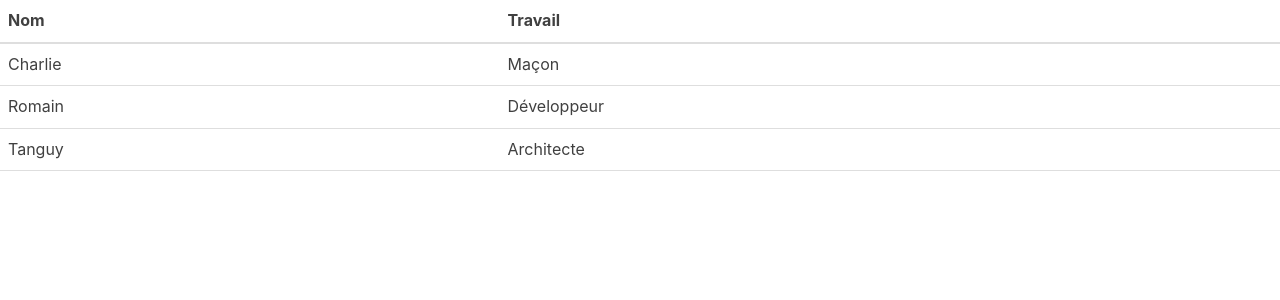
Repository: romgrm/firstAppInReact
Page: /
An editor plug-in stored every save of this project. The page is shown before and after the next save, followed by the edit.
The browser window is 1280 px wide. The pictures show the whole page.
The project was rebuilt for these pictures with package versions that can differ from the ones it lists, and the page was loaded fresh each time.

Above is the page before, as saved 2020-11-15 19:01:38.

### public/index.html
<!DOCTYPE html>
<html lang="en">
  <head>
    <meta charset="utf-8" />
    <meta name="viewport" content="width=device-width, initial-scale=1, shrink-to-fit=no" />
    <title>React App</title>
  </head>
  <body>
    <noscript>
    </noscript>
    <div id="root"></div>
  </body>
</html>

### src/App.js
import React, { Component } from 'react';
import Table from './Table'

class App extends Component {
    render() {

        const personnages = [
            {
                nom : 'Charlie',
                travail : 'Maçon',
            },
            {
                nom : 'Romain',
                travail : 'Développeur'
            },
            {
                nom : 'Tanguy',
                travail : 'Architecte'
            }
        ]
      return (
        <div className="Container">
          <Table zeubi={personnages}/>
        </div>
      )
    }
  }

  export default App

### src/index.css
/*!
 * Primitive UI | MIT License
 *
 * A minimalist front-end design toolkit built with Sass for developing
 * responsive, browser-consistent web apps.
 *
 * Author: Tania Rascia <hello@taniarascia.com>
 * Source: https://github.com/taniarascia/primitive
 * Documentation: https://taniarascia.github.io/primitive
 */
/**
 * Variables
 *
 * The majority of the configuration for the toolkit.
 */
/*! normalize.css v8.0.1 | MIT License | github.com/necolas/normalize.css */
/* Document
   ========================================================================== */
/**
 * 1. Correct the line height in all browsers.
 * 2. Prevent adjustments of font size after orientation changes in iOS.
 */
 html {
  line-height: 1.15;
  /* 1 */
  -webkit-text-size-adjust: 100%;
  /* 2 */
}

/* Sections
   ========================================================================== */
/**
 * Remove the margin in all browsers.
 */
body {
  margin: 0;
}

/**
 * Render the `main` element consistently in IE.
 */
main {
  display: block;
}

/**
 * Correct the font size and margin on `h1` elements within `section` and
 * `article` contexts in Chrome, Firefox, and Safari.
 */
h1 {
  font-size: 2em;
  margin: 0.67em 0;
}

/* Grouping content
   ========================================================================== */
/**
 * 1. Add the correct box sizing in Firefox.
 * 2. Show the overflow in Edge and IE.
 */
hr {
  box-sizing: content-box;
  /* 1 */
  height: 0;
  /* 1 */
  overflow: visible;
  /* 2 */
}

/**
 * 1. Correct the inheritance and scaling of font size in all browsers.
 * 2. Correct the odd `em` font sizing in all browsers.
 */
pre {
  font-family: monospace, monospace;
  /* 1 */
  font-size: 1em;
  /* 2 */
}

/* Text-level semantics
   ========================================================================== */
/**
 * Remove the gray background on active links in IE 10.
 */
a {
  background-color: transparent;
}

/**
 * 1. Remove the bottom border in Chrome 57-
 * 2. Add the correct text decoration in Chrome, Edge, IE, Opera, and Safari.
 */
abbr[title] {
  border-bottom: none;
  /* 1 */
  text-decoration: underline;
  /* 2 */
  text-decoration: underline dotted;
  /* 2 */
}

/**
 * Add the correct font weight in Chrome, Edge, and Safari.
 */
b,
strong {
  font-weight: bolder;
}

/**
 * 1. Correct the inheritance and scaling of font size in all browsers.
 * 2. Correct the odd `em` font sizing in all browsers.
 */
code,
kbd,
samp {
  font-family: monospace, monospace;
  /* 1 */
  font-size: 1em;
  /* 2 */
}

/**
 * Add the correct font size in all browsers.
 */
small {
  font-size: 80%;
}

/**
 * Prevent `sub` and `sup` elements from affecting the line height in
 * all browsers.
 */
sub,
sup {
  font-size: 75%;
  line-height: 0;
  position: relative;
  vertical-align: baseline;
}

sub {
  bottom: -0.25em;
}

sup {
  top: -0.5em;
}

/* Embedded content
   ========================================================================== */
/**
 * Remove the border on images inside links in IE 10.
 */
img {
  border-style: none;
}

/* Forms
   ========================================================================== */
/**
 * 1. Change the font styles in all browsers.
 * 2. Remove the margin in Firefox and Safari.
 */
button,
input,
optgroup,
select,
textarea {
  font-family: inherit;
  /* 1 */
  font-size: 100%;
  /* 1 */
  line-height: 1.15;
  /* 1 */
  margin: 0;
  /* 2 */
}

/**
 * Show the overflow in IE.
 * 1. Show the overflow in Edge.
 */
button,
input {
  /* 1 */
  overflow: visible;
}

/**
 * Remove the inheritance of text transform in Edge, Firefox, and IE.
 * 1. Remove the inheritance of text transform in Firefox.
 */
button,
select {
  /* 1 */
  text-transform: none;
}

/**
 * Correct the inability to style clickable types in iOS and Safari.
 */
button,
[type='button'],
[type='reset'],
[type='submit'] {
  -webkit-appearance: button;
}

/**
 * Remove the inner border and padding in Firefox.
 */
button::-moz-focus-inner,
[type='button']::-moz-focus-inner,
[type='reset']::-moz-focus-inner,
[type='submit']::-moz-focus-inner {
  border-style: none;
  padding: 0;
}

/**
 * Restore the focus styles unset by the previous rule.
 */
button:-moz-focusring,
[type='button']:-moz-focusring,
[type='reset']:-moz-focusring,
[type='submit']:-moz-focusring {
  outline: 1px dotted ButtonText;
}

/**
 * Correct the padding in Firefox.
 */
fieldset {
  padding: 0.35em 0.75em 0.625em;
}

/**
 * 1. Correct the text wrapping in Edge and IE.
 * 2. Correct the color inheritance from `fieldset` elements in IE.
 * 3. Remove the padding so developers are not caught out when they zero out
 *    `fieldset` elements in all browsers.
 */
legend {
  box-sizing: border-box;
  /* 1 */
  color: inherit;
  /* 2 */
  display: table;
  /* 1 */
  max-width: 100%;
  /* 1 */
  padding: 0;
  /* 3 */
  white-space: normal;
  /* 1 */
}

/**
 * Add the correct vertical alignment in Chrome, Firefox, and Opera.
 */
progress {
  vertical-align: baseline;
}

/**
 * Remove the default vertical scrollbar in IE 10+.
 */
textarea {
  overflow: auto;
}

/**
 * 1. Add the correct box sizing in IE 10.
 * 2. Remove the padding in IE 10.
 */
[type='checkbox'],
[type='radio'] {
  box-sizing: border-box;
  /* 1 */
  padding: 0;
  /* 2 */
}

/**
 * Correct the cursor style of increment and decrement buttons in Chrome.
 */
[type='number']::-webkit-inner-spin-button,
[type='number']::-webkit-outer-spin-button {
  height: auto;
}

/**
 * 1. Correct the odd appearance in Chrome and Safari.
 * 2. Correct the outline style in Safari.
 */
[type='search'] {
  -webkit-appearance: textfield;
  /* 1 */
  outline-offset: -2px;
  /* 2 */
}

/**
 * Remove the inner padding in Chrome and Safari on macOS.
 */
[type='search']::-webkit-search-decoration {
  -webkit-appearance: none;
}

/**
 * 1. Correct the inability to style clickable types in iOS and Safari.
 * 2. Change font properties to `inherit` in Safari.
 */
::-webkit-file-upload-button {
  -webkit-appearance: button;
  /* 1 */
  font: inherit;
  /* 2 */
}

/* Interactive
   ========================================================================== */
/*
 * Add the correct display in Edge, IE 10+, and Firefox.
 */
details {
  display: block;
}

/*
 * Add the correct display in all browsers.
 */
summary {
  display: list-item;
}

/* Misc
   ========================================================================== */
/**
 * Add the correct display in IE 10+.
 */
template {
  display: none;
}

/**
 * Add the correct display in IE 10.
 */
[hidden] {
  display: none;
}

html {
  box-sizing: border-box;
}

*,
*::before,
*::after {
  box-sizing: inherit;
}

figure {
  margin: 0;
}

/**
 * Scaffolding
 */
html {
  -webkit-font-smoothing: antialiased;
  -moz-osx-font-smoothing: grayscale;
  font: normal normal normal 1rem/1.6 -apple-system, BlinkMacSystemFont, Helvetica Neue, Helvetica, Arial, sans-serif;
  font-size: 1rem;
}

body {
  color: #404040;
  background: white;
  font-size: 1rem;
}

p,
ol,
ul,
dl,
table {
  margin: 0 0 1.5rem 0;
}

ul li ul {
  margin-bottom: 0;
}

ol li ol {
  margin-bottom: 0;
}

h1,
h2,
h3,
h4,
h5 {
  margin: 1.5rem 0;
  font-weight: 600;
  font-family: -apple-system, BlinkMacSystemFont, Helvetica Neue, Helvetica, Arial, sans-serif;
  line-height: 1.2;
  color: #404040;
}

h1:not(:first-child),
h2:not(:first-child),
h3:not(:first-child),
h4:not(:first-child),
h5:not(:first-child) {
  margin: 1.5rem 0;
}

h1:not(:first-child),
h2:not(:first-child),
h3:not(:first-child) {
  margin-top: 2rem;
}

h1 {
  font-size: 1.75rem;
}

h2 {
  font-size: 1.5rem;
}

h3 {
  font-size: 1.25rem;
}

h4 {
  font-size: 1.1rem;
}

h5 {
  font-size: 1rem;
}

@media (min-width: 600px) {
  h1:not(:first-child),
  h2:not(:first-child),
  h3:not(:first-child) {
    margin-top: 2.5rem;
  }
  h1 {
    font-size: 2.25rem;
  }
  h2 {
    font-size: 2rem;
  }
  h3 {
    font-size: 1.75rem;
  }
  h4 {
    font-size: 1.5rem;
  }
  h5 {
    font-size: 1.25rem;
  }
}

a {
  color: #0366ee;
  text-decoration: none;
}

a:hover, a:active, a:focus {
  color: #0246a2;
  text-decoration: underline;
}

mark {
  background: #ffeea8;
  padding: 0 0.2rem;
}

blockquote {
  margin: 0 0 1.5rem 0;
  border-left: 16px solid #f0f0f0;
  padding: 0 1.5rem;
  font-size: 1.5rem;
}

blockquote cite {
  display: block;
  margin-top: 1.5rem;
  font-size: 1rem;
  text-align: right;
}

pre {
  border: 0;
  border-radius: 4px;
  background: transparent;
  padding: 1rem;
  tab-size: 2;
  color: #404040;
  font-family: Menlo, monospace;
  font-size: 14px;
  margin: 0 0 1.5rem 0;
}

pre code {
  font-family: Menlo, monospace;
  line-height: 1.2;
}

kbd {
  background-color: #f7f7f7;
  border: 1px solid #ccc;
  border-radius: 3px;
  box-shadow: 0 1px 0 rgba(0, 0, 0, 0.2), 0 0 0 2px #fff inset;
  color: #333;
  display: inline-block;
  font-family: Helvetica, Arial, sans-serif;
  font-size: 13px;
  line-height: 1.4;
  margin: 0 0.1em;
  padding: 0.1em 0.6em;
  text-shadow: 0 1px 0 #fff;
}

:not(pre) > code {
  color: #404040;
  background: transparent;
  font-family: Menlo, monospace;
  font-size: 14px;
  padding: 0 0.2rem;
  border: 1px solid #dedede;
  border-radius: 4px;
}

hr {
  height: 0;
  border: 0;
  border-top: 1px solid #dedede;
}

dt {
  font-weight: 600;
}

dd {
  margin-bottom: 0.5rem;
}

.full-container {
  max-width: 100%;
  padding: 0 1rem;
}

.container, .small-container, .medium-container {
  max-width: 1200px;
  padding: 0 1rem;
  margin-left: auto;
  margin-right: auto;
}

.small-container {
  max-width: 800px;
}

.medium-container {
  max-width: 1000px;
}

.content-section {
  padding: 30px 0;
}

@media (min-width: 600px) {
  .content-section {
    padding: 60px 0;
  }
}

/**
 * Grid
 */
.flex-small,
.flex-large {
  padding-left: 1rem;
  padding-right: 1rem;
}

.flex-row {
  margin-left: -1rem;
  margin-right: -1rem;
}

.flex-row {
  display: flex;
  flex-direction: row;
  flex-wrap: wrap;
}

.flex-small,
.flex-large {
  flex-basis: 100%;
  margin-bottom: 1rem;
}

/* Small screen breakpoint */
@media (min-width: 600px) {
  .flex-small {
    flex: 1;
    margin-bottom: 0;
  }
  .flex-small.half {
    flex: 0 0 calc(1 / 2 * 100%);
  }
  .flex-small.one-fourth {
    flex: 0 0 calc(1 / 4 * 100%);
  }
  .flex-small.three-fourths {
    flex: 0 0 calc(3 / 4 * 100%);
  }
  .flex-small.one-third {
    flex: 0 0 calc(1 / 3 * 100%);
  }
  .flex-small.two-thirds {
    flex: 0 0 calc(2 / 3 * 100%);
  }
}

/* Large screen breakpoint */
@media (min-width: 1000px) {
  .flex-large {
    flex: 1;
    margin-bottom: 0;
  }
  .flex-large.half {
    flex: 0 0 calc(1 / 2 * 100%);
  }
  .flex-large.one-fourth {
    flex: 0 0 calc(1 / 4 * 100%);
  }
  .flex-large.three-fourths {
    flex: 0 0 calc(3 / 4 * 100%);
  }
  .flex-large.one-third {
    flex: 0 0 calc(1 / 3 * 100%);
  }
  .flex-large.two-thirds {
    flex: 0 0 calc(2 / 3 * 100%);
  }
}

/**
 * Helpers
 */
.clearfix::before,
.clearfix::after {
  content: ' ';
  display: block;
}

.clearfix:after {
  clear: both;
}

.text-left {
  text-align: left;
}

.text-right {
  text-align: right;
}

.text-center {
  text-align: center;
}

.text-justify {
  text-align: justify;
}

.block {
  display: block;
}

.inline-block {
  display: inline-block;
}

.inline {
  display: inline;
}

.vertical-center {
  display: flex;
  align-items: center;
  justify-content: center;
}

.responsive-image {
  max-width: 100%;
  height: auto;
}

.show {
  display: block !important;
}

.hide {
  display: none !important;
}

.invisible {
  visibility: hidden;
}

.no-padding-top {
  padding-top: 0;
}

.no-padding-bottom {
  padding-bottom: 0;
}

.padding-top {
  padding-top: 2rem;
}

.padding-bottom {
  padding-bottom: 2rem;
}

.no-margin-top {
  margin-top: 0;
}

.no-margin-bottom {
  margin-bottom: 0;
}

.margin-top {
  margin-top: 2rem;
}

.margin-bottom {
  margin-bottom: 2rem;
}

.alternate-background {
  background: #fafafa;
  color: #404040;
}

.space-between {
  justify-content: space-between;
}

.justify-center {
  justify-content: center;
}

.align-center {
  align-items: center;
}

.screen-reader-text {
  clip: rect(1px, 1px, 1px, 1px);
  position: absolute !important;
  height: 1px;
  width: 1px;
  overflow: hidden;
}

/**
 * Buttons
 */
.button, a.button, button, [type=submit], [type=reset], [type=button] {
  -webkit-appearance: none;
  display: inline-block;
  border: 1px solid #0366ee;
  border-radius: 4px;
  background: #0366ee;
  color: #ffffff;
  font-weight: 600;
  font-family: -apple-system, BlinkMacSystemFont, Helvetica Neue, Helvetica, Arial, sans-serif;
  font-size: 1rem;
  text-transform: none;
  padding: 0.75rem 1.25rem;
  margin: 0 0 0.5rem 0;
  vertical-align: middle;
  text-align: center;
  cursor: pointer;
  text-decoration: none;
  line-height: 1;
}

.button:hover, a.button:hover, button:hover, [type=submit]:hover, [type=reset]:hover, [type=button]:hover {
  border: 1px solid #0250bc;
  background: #0250bc;
  color: #ffffff;
  text-decoration: none;
}

.button:focus, .button:active, a.button:focus, a.button:active, button:focus, button:active, [type=submit]:focus, [type=submit]:active, [type=reset]:focus, [type=reset]:active, [type=button]:focus, [type=button]:active {
  border: 1px solid #0250bc;
  background: #0250bc;
  color: #ffffff;
  text-decoration: none;
}

.button::-moz-focus-inner, a.button::-moz-focus-inner, button::-moz-focus-inner, [type=submit]::-moz-focus-inner, [type=reset]::-moz-focus-inner, [type=button]::-moz-focus-inner {
  border: 0;
  padding: 0;
}

.accent-button,
a.accent-button {
  color: #ffffff;
  border: 1px solid #29de7d;
  background: #29de7d;
}

.accent-button:hover, .accent-button:focus, .accent-button:active,
a.accent-button:hover,
a.accent-button:focus,
a.accent-button:active {
  color: #ffffff;
  border: 1px solid #1cb864;
  background: #1cb864;
}

.muted-button,
a.muted-button {
  background: transparent;
  border: 1px solid #cdcdcd;
  color: #4e4e4e;
}

.muted-button:hover, .muted-button:focus, .muted-button:active,
a.muted-button:hover,
a.muted-button:focus,
a.muted-button:active {
  color: #4e4e4e;
  border: 1px solid #818181;
  background: transparent;
}

.round-button,
a.round-button {
  border-radius: 40px;
}

.square-button,
a.square-button {
  border-radius: 0;
}

.full-button,
a.full-button {
  display: block;
  width: 100%;
}

/**
 * Forms
 */
[type=color], [type=date], [type=datetime], [type=datetime-local], [type=email], [type=month], [type=number], [type=password], [type=search], [type=tel], [type=text], [type=url], [type=week], [type=time], select, textarea {
  display: block;
  border: 1px solid #dedede;
  border-radius: 4px;
  padding: 0.75rem;
  outline: none;
  background: transparent;
  margin-bottom: 0.5rem;
  font-size: 1rem;
  width: 100%;
  max-width: 100%;
  line-height: 1;
}

[type=color]:hover, [type=date]:hover, [type=datetime]:hover, [type=datetime-local]:hover, [type=email]:hover, [type=month]:hover, [type=number]:hover, [type=password]:hover, [type=search]:hover, [type=tel]:hover, [type=text]:hover, [type=url]:hover, [type=week]:hover, [type=time]:hover, select:hover, textarea:hover {
  border: 1px solid #c5c5c5;
}

[type=color]:focus, [type=color]:active, [type=date]:focus, [type=date]:active, [type=datetime]:focus, [type=datetime]:active, [type=datetime-local]:focus, [type=datetime-local]:active, [type=email]:focus, [type=email]:active, [type=month]:focus, [type=month]:active, [type=number]:focus, [type=number]:active, [type=password]:focus, [type=password]:active, [type=search]:focus, [type=search]:active, [type=tel]:focus, [type=tel]:active, [type=text]:focus, [type=text]:active, [type=url]:focus, [type=url]:active, [type=week]:focus, [type=week]:active, [type=time]:focus, [type=time]:active, select:focus, select:active, textarea:focus, textarea:active {
  border: 1px solid #0366ee;
  box-shadow: inset 0 1px 1px rgba(0, 0, 0, 0.1), 0 0 6px #8cbcfe;
}

textarea {
  overflow: auto;
  height: auto;
}

fieldset {
  border: 1px solid #dedede;
  border-radius: 4px;
  padding: 1rem;
  margin: 1.5rem 0;
}

legend {
  padding: 0 0.5rem;
  font-weight: 600;
}

select {
  color: #404040;
  -webkit-appearance: none;
  -moz-appearance: none;
  background: url(data:[embedded picture, 354 characters]) right center no-repeat;
  line-height: 1;
}

select::-ms-expand {
  display: none;
}

[type='range'] {
  width: 100%;
}

label {
  font-weight: 600;
  max-width: 100%;
  display: block;
  margin: 1rem 0 0.5rem;
}

@media (min-width: 600px) {
  .split-form label {
    text-align: right;
    padding: 0 0.5rem;
    margin-bottom: 1rem;
  }
}

input.has-error, input.has-error:hover, input.has-error:focus, input.has-error:active,
select.has-error,
select.has-error:hover,
select.has-error:focus,
select.has-error:active,
textarea.has-error,
textarea.has-error:hover,
textarea.has-error:focus,
textarea.has-error:active {
  border: 1px solid #d33c40;
  box-shadow: inset 0 1px 1px rgba(0, 0, 0, 0.1), 0 0 6px #f4cecf;
}

input.is-success, input.is-success:hover, input.is-success:focus, input.is-success:active,
select.is-success,
select.is-success:hover,
select.is-success:focus,
select.is-success:active,
textarea.is-success,
textarea.is-success:hover,
textarea.is-success:focus,
textarea.is-success:active {
  border: 1px solid #29de7d;
  box-shadow: inset 0 1px 1px rgba(0, 0, 0, 0.1), 0 0 6px #97efc0;
}

::-webkit-input-placeholder,
::-moz-placeholder,
:-moz-placeholder,
:-ms-input-placeholder {
  color: #9a9a9a;
}

/**
 * Tables
 */
table {
  border-collapse: collapse;
  border-spacing: 0;
  width: 100%;
  max-width: 100%;
}

thead th {
  border-bottom: 2px solid #dedede;
}

tfoot th {
  border-top: 2px solid #dedede;
}

td {
  border-bottom: 1px solid #dedede;
}

th,
td {
  text-align: left;
  padding: 0.5rem;
}

caption {
  padding: 1rem 0;
  caption-side: bottom;
  color: #ababab;
}

.striped-table tbody tr:nth-child(odd) {
  background-color: #f8f8f8;
}

.contain-table {
  overflow-x: auto;
}

@media (min-width: 600px) {
  .contain-table {
    width: 100%;
  }
}

/*
 * Navigation
 */
/**
 * Layout
 */

### src/Table.js
import React, {Component} from 'react'

const TableHeader = () => {
    return (
        <thead>
            <tr>
                <th> Nom </th>
                <th> Travail </th>
            </tr>
        </thead>
    )
}

const TableBody = (props) => {
    const row = props.karma.map((row, index) => {
        return(
            <tr key={index}>
                <td>{row.nom}</td>
                <td>{row.travail}</td>
            </tr>
            )
    })
    return <tbody>{row}</tbody>
}

class Table extends Component {
    render() {

        const {zeubi} = this.props; // this.props permet d'accéder aux propriétés(données) envoyée par la const 'personnages' dans App

        return (
            <table>
                <TableHeader />
                <TableBody karma ={zeubi} />
            </table>
        )
    }
}




export default Table

Loaded but not shown: src/index.js (common file)

After the next save:
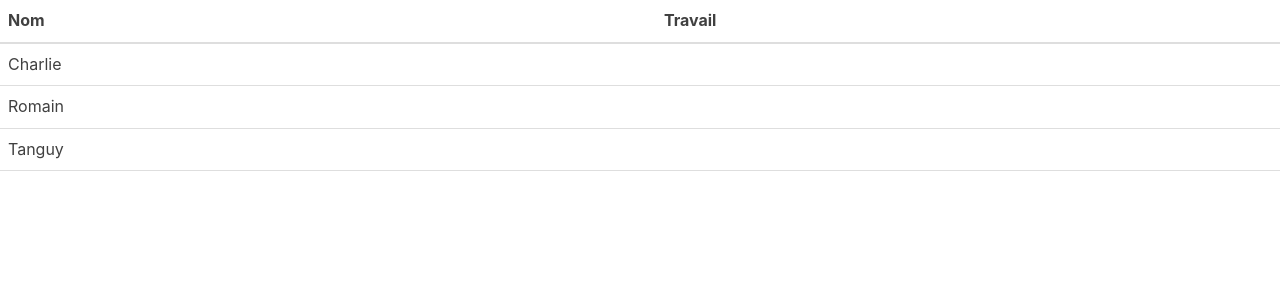
Saved 3 min 12 s later.
--- a/src/Table.js
+++ b/src/Table.js
@@ -16,7 +16,7 @@
         return(
             <tr key={index}>
                 <td>{row.nom}</td>
-                <td>{row.travail}</td>
+                <td>{row.work}</td>
             </tr>
             )
     })

After the save that followed:
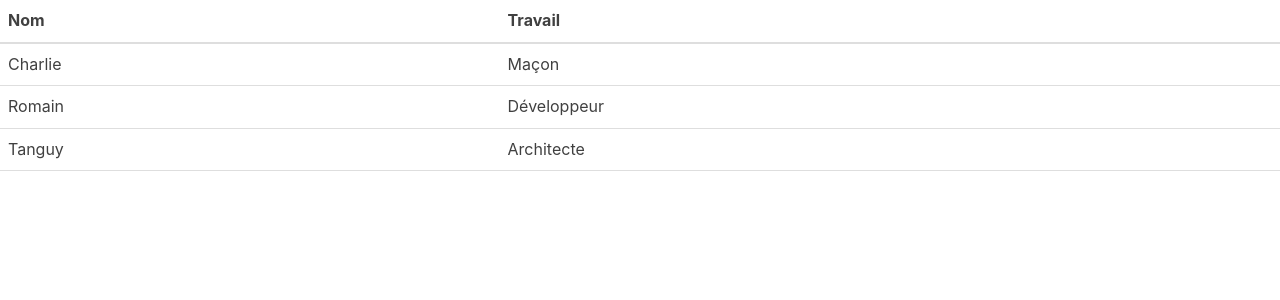
Saved 9 s later.
--- a/src/Table.js
+++ b/src/Table.js
@@ -16,7 +16,7 @@
         return(
             <tr key={index}>
                 <td>{row.nom}</td>
-                <td>{row.work}</td>
+                <td>{row.travail}</td>
             </tr>
             )
     })
